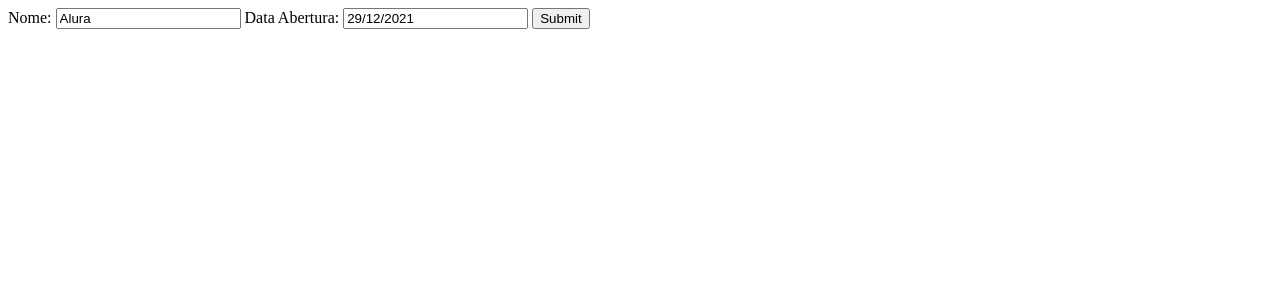
Repository: Erick-Fernandes-dev/JavaServlet
Page: http://localhost/gerenciador_5/mostraEmpresa?id=1
An editor plug-in stored every save of this project. The page is shown before and after the next save, followed by the edit.
The browser window is 1280 px wide. The pictures show the whole page.
The page is served by Tomcat 9.

Above is the page before, as saved 2022-01-04 02:14:10.

After the next save:
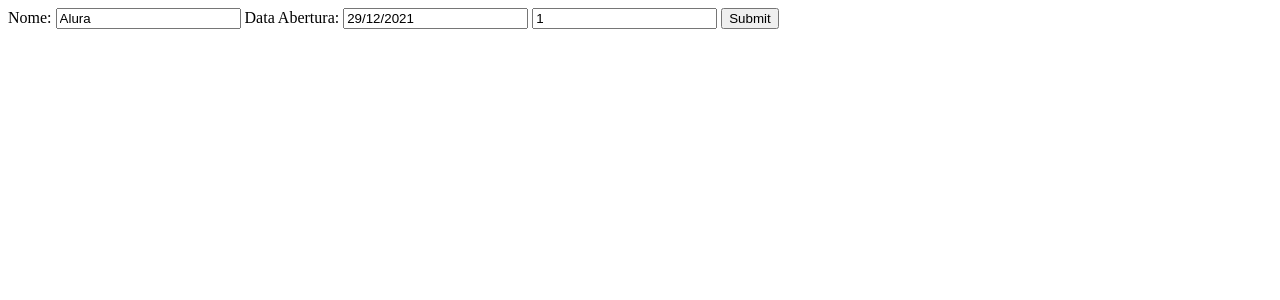
Saved 2 min 44 s later.
--- a/01_servlet/gerenciador_5/webapp/formAlteraEmpresa.jsp
+++ b/01_servlet/gerenciador_5/webapp/formAlteraEmpresa.jsp
@@ -22,6 +22,8 @@
 
 		Data Abertura: <input type="text" name="data" value="<fmt:formatDate value="${empresa.dataAbertura}" pattern="dd/MM/yyyy"/>">
 
+		<input type="text" name="id" value="${ empresa.id }"/>
+
 		<input type="submit">
 
 
